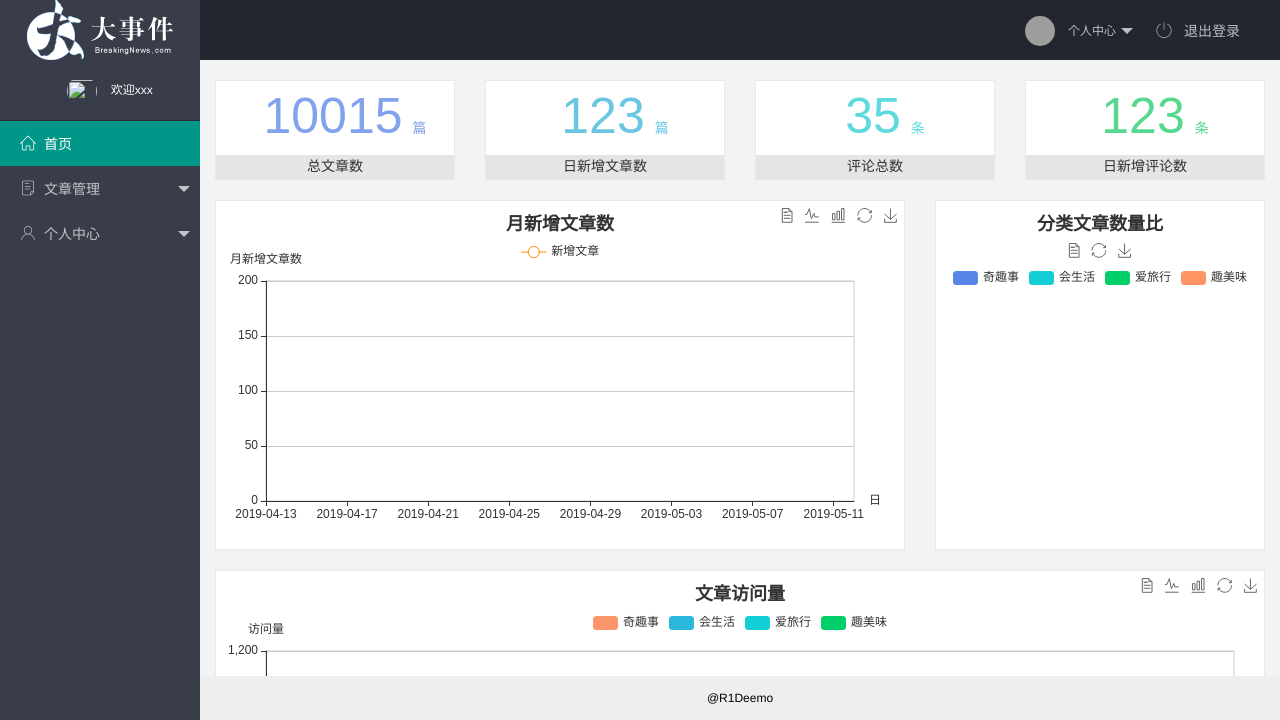
Repository: R1Deemo/Main-project
Page: index.html
The author's editor kept a copy of each file at every save. The page is drawn from the files as they stood at one save, then again after the next save.
The browser window is 1280 px wide. The pictures show the whole page.
Pictures or frames that could not be fetched are drawn as grey boxes.

Above is the page before, as saved 2022-10-30 20:15:57.

### index.html
<!DOCTYPE html>
<html>

<head>
    <meta charset="utf-8">
    <meta name="viewport" content="width=device-width, initial-scale=1, maximum-scale=1">
    <title>layout 管理系统大布局 - Layui</title>
    <link rel="stylesheet" href="/assets/lib/layui/css/layui.css">
    <link rel="stylesheet" href="/assets/css/index.css">
    <link rel="stylesheet" href="/assets/fonts/iconfont.css">
</head>

<body>
    <div class="layui-layout layui-layout-admin">
        <div class="layui-header">
            <div class="layui-logo layui-hide-xs layui-bg-black" id="logo"></div>
            <!-- 头部区域（可配合layui 已有的水平导航） -->
            <ul class="layui-nav layui-layout-left">
                <!-- 移动端显示 -->
                <li class="layui-nav-item layui-show-xs-inline-block layui-hide-sm" lay-header-event="menuLeft">
                    <i class="layui-icon layui-icon-spread-left"></i>
                </li>


                <li class="layui-nav-item">

                    <dl class="layui-nav-child">
                        <dd><a href="">menu 11</a></dd>
                        <dd><a href="">menu 22</a></dd>
                        <dd><a href="">menu 33</a></dd>
                    </dl>
                </li>
            </ul>
            <ul class="layui-nav layui-layout-right">
                <li class="layui-nav-item layui-hide layui-show-md-inline-block">
                    <a href="javascript:;" class="userinfo">
                        <img src="//tva1.sinaimg.cn/crop.0.0.118.118.180/5db11ff4gw1e77d3nqrv8j203b03cweg.jpg" class="layui-nav-img" /> 个人中心
                    </a>
                    <dl class="layui-nav-child">
                        <dd><a href="">基本资料</a></dd>
                        <dd><a href="">更换头像</a></dd>
                        <dd><a href="">重置密码</a></dd>
                    </dl>
                </li>
                <li class="layui-nav-item" lay-header-event="menuRight" lay-unselect>
                    <a href="javascript:;">
                        <span class="iconfont icon-tuichu"></span> 退出登录</i>
                    </a>
                </li>
            </ul>
        </div>

        <div class="layui-side layui-bg-black">
            <div class="layui-side-scroll">
                <div class="userinfo">
                    <img src="" class="layui-nav-img" />
                    <span id="welcom">欢迎xxx</span>
                </div>
                <!-- 左侧导航区域（可配合layui已有的垂直导航） -->
                <ul class="layui-nav layui-nav-tree" lay-shrink="all">
                    <li class="layui-nav-item layui-this"> <a href="/home/dashboard.html" target="fm"><span class="iconfont icon-home"></span>首页</a></li>
                    <li class="layui-nav-item">
                        <a class="" href="javascript:;" target="fm"> <span class="iconfont icon-16"></span>文章管理</a>
                        <dl class="layui-nav-child">
                            <dd><a href="javascript:;"><i class="layui-icon layui-icon-release"></i> 文章类别</a></dd>
                            <dd><a href="javascript:;"><i class="layui-icon layui-icon-release"></i> 文章列表</a></dd>
                            <dd><a href="javascript:;"><i class="layui-icon layui-icon-release"></i> 发表文章</a></dd>
                            <!-- <dd><a href="">the links</a></dd> -->
                        </dl>
                    </li>
                    <li class="layui-nav-item">
                        <a href="javascript:;" target="fm"><span class="iconfont icon-user"></span>个人中心</a>
                        <dl class="layui-nav-child">
                            <dd><a href="javascript:;"><i class="layui-icon layui-icon-app"></i> 基本资料</a></dd>
                            <dd><a href="javascript:;"><i class="layui-icon layui-icon-app"></i> 更换头像</a></dd>
                            <dd><a href="javascript:;"><i class="layui-icon layui-icon-app"></i> 重置密码</a></dd>
                        </dl>
                    </li>

                    <!-- <li class="layui-nav-item"><a href="">the links</a></li> -->
                </ul>
            </div>
        </div>

        <div class="layui-body">
            <!-- 内容主体区域 -->
            <!-- <div style="padding: 15px;">内容主体区域。记得修改 layui.css 和 js 的路径</div> -->
            <iframe src="/home/dashboard.html" frameborder="0" name="fm"></iframe>
        </div>

        <div class="layui-footer">
            <!-- 底部固定区域 -->
            @R1Deemo
        </div>
    </div>
    <script src="/assets/lib/layui/layui.all.js"></script>

</body>

</html>

### assets/css/index.css
#logo {
    background: url(/assets/images/logo.png) no-repeat center;
}

.layui-footer {
    text-align: center;
    font-size: 12px;
}

.layui-icon {
    margin-left: 20px;
    margin-right: 5px;
}

.iconfont {
    margin-right: 8px;
}

iframe {
    width: 100%;
    height: 100%;
}

.layui-body {
    overflow: hidden;
}

.userinfo {
    height: 60px;
    line-height: 60px;
    text-align: center;
    font-size: 12px;
    user-select: none;
}

.layui-side-scroll .userinfo {
    border-bottom: 1px solid #282b33;
}

### home/dashboard.html
<!DOCTYPE html>
<html lang="en">

<head>
  <meta charset="UTF-8">
  <meta name="viewport" content="width=device-width, initial-scale=1.0">
  <meta http-equiv="X-UA-Compatible" content="ie=edge">
  <title>图表统计</title>
  <link rel="stylesheet" href="../../assets/lib/bootstrap.css" />
  <link rel="stylesheet" href="../../assets/lib/main.css" />
  <script src="../../assets/lib/jquery.js"></script>
  <script type="text/javascript" src="../../assets/lib/echarts.min.js"></script>
</head>

<body>
  <div class="container-fluid">
    <div class="row spannel_list">
      <div class="col-sm-3 col-xs-6">
        <div class="spannel">
          <em>10015</em><span>篇</span>
          <b>总文章数</b>
        </div>
      </div>
      <div class="col-sm-3 col-xs-6">
        <div class="spannel scolor01">
          <em>123</em><span>篇</span>
          <b>日新增文章数</b>
        </div>
      </div>
      <div class="col-sm-3 col-xs-6">
        <div class="spannel scolor02">
          <em>35</em><span>条</span>
          <b>评论总数</b>
        </div>
      </div>
      <div class="col-sm-3 col-xs-6">
        <div class="spannel scolor03">
          <em>123</em><span>条</span>
          <b>日新增评论数</b>
        </div>
      </div>
    </div>
  </div>

  <div class="container-fluid">
    <div class="row curve-pie">
      <div class="col-lg-8 col-md-8">
        <div class="gragh_pannel" id="curve_show"></div>
      </div>
      <div class="col-lg-4 col-md-4">
        <div class="gragh_pannel" id="pie_show"></div>
      </div>
    </div>
  </div>

  <div class="container-fluid">
    <div class="column_pannel" id="column_show"></div>
  </div>

  <script>
    var oChart = echarts.init(document.getElementById('curve_show'));
    var aList_all = [
      { 'count': 36, 'date': '2019-04-13' },
      { 'count': 52, 'date': '2019-04-14' },
      { 'count': 78, 'date': '2019-04-15' },
      { 'count': 85, 'date': '2019-04-16' },
      { 'count': 65, 'date': '2019-04-17' },
      { 'count': 72, 'date': '2019-04-18' },
      { 'count': 88, 'date': '2019-04-19' },
      { 'count': 64, 'date': '2019-04-20' },
      { 'count': 72, 'date': '2019-04-21' },
      { 'count': 90, 'date': '2019-04-22' },
      { 'count': 96, 'date': '2019-04-23' },
      { 'count': 100, 'date': '2019-04-24' },
      { 'count': 102, 'date': '2019-04-25' },
      { 'count': 110, 'date': '2019-04-26' },
      { 'count': 123, 'date': '2019-04-27' },
      { 'count': 100, 'date': '2019-04-28' },
      { 'count': 132, 'date': '2019-04-29' },
      { 'count': 146, 'date': '2019-04-30' },
      { 'count': 200, 'date': '2019-05-01' },
      { 'count': 180, 'date': '2019-05-02' },
      { 'count': 163, 'date': '2019-05-03' },
      { 'count': 110, 'date': '2019-05-04' },
      { 'count': 80, 'date': '2019-05-05' },
      { 'count': 82, 'date': '2019-05-06' },
      { 'count': 70, 'date': '2019-05-07' },
      { 'count': 65, 'date': '2019-05-08' },
      { 'count': 54, 'date': '2019-05-09' },
      { 'count': 40, 'date': '2019-05-10' },
      { 'count': 45, 'date': '2019-05-11' },
      { 'count': 38, 'date': '2019-05-12' },
    ];

    let aCount = [];
    let aDate = [];

    for (var i = 0; i < aList_all.length; i++) {
      aCount.push(aList_all[i].count);
      aDate.push(aList_all[i].date);
    }

    var chartopt = {
      title: {
        text: '月新增文章数',
        left: 'center',
        top: '10'
      },
      tooltip: {
        trigger: 'axis'
      },
      legend: {
        data: ['新增文章'],
        top: '40'
      },
      toolbox: {
        show: true,
        feature: {
          mark: { show: true },
          dataView: { show: true, readOnly: false },
          magicType: { show: true, type: ['line', 'bar'] },
          restore: { show: true },
          saveAsImage: { show: true }
        }
      },
      calculable: true,
      xAxis: [
        {
          name: '日',
          type: 'category',
          boundaryGap: false,
          data: aDate
        }
      ],
      yAxis: [
        {
          name: '月新增文章数',
          type: 'value'
        }
      ],
      series: [
        {
          name: '新增文章',
          type: 'line',
          smooth: true,
          itemStyle: { normal: { areaStyle: { type: 'default' }, color: '#f80' }, lineStyle: { color: '#f80' } },
          data: aCount
        }],
      areaStyle: {
        normal: {
          color: new echarts.graphic.LinearGradient(0, 0, 0, 1, [{
            offset: 0,
            color: 'rgba(255,136,0,0.39)'
          }, {
            offset: .34,
            color: 'rgba(255,180,0,0.25)'
          }, {
            offset: 1,
            color: 'rgba(255,222,0,0.00)'
          }])

        }
      },
      grid: {
        show: true,
        x: 50,
        x2: 50,
        y: 80,
        height: 220
      }
    };

    oChart.setOption(chartopt);


    var oPie = echarts.init(document.getElementById('pie_show'));
    var oPieopt =
    {
      title: {
        top: 10,
        text: '分类文章数量比',
        x: 'center'
      },
      tooltip: {
        trigger: 'item',
        formatter: "{a} <br/>{b} : {c} ({d}%)"
      },
      color: ['#5885e8', '#13cfd5', '#00ce68', '#ff9565'],
      legend: {
        x: 'center',
        top: 65,
        data: ['奇趣事', '会生活', '爱旅行', '趣美味']
      },
      toolbox: {
        show: true,
        x: 'center',
        top: 35,
        feature: {
          mark: { show: true },
          dataView: { show: true, readOnly: false },
          magicType: {
            show: true,
            type: ['pie', 'funnel'],
            option: {
              funnel: {
                x: '25%',
                width: '50%',
                funnelAlign: 'left',
                max: 1548
              }
            }
          },
          restore: { show: true },
          saveAsImage: { show: true }
        }
      },
      calculable: true,
      series: [
        {
          name: '访问来源',
          type: 'pie',
          radius: ['45%', '60%'],
          center: ['50%', '65%'],
          data: [
            { value: 300, name: '奇趣事' },
            { value: 100, name: '会生活' },
            { value: 260, name: '爱旅行' },
            { value: 180, name: '趣美味' }
          ]
        }
      ]
    };
    oPie.setOption(oPieopt);



    var oColumn = this.echarts.init(document.getElementById('column_show'));
    var oColumnopt =
    {
      title: {
        text: '文章访问量',
        left: 'center',
        top: '10'
      },
      tooltip: {
        trigger: 'axis'
      },
      legend: {
        data: ['奇趣事', '会生活', '爱旅行', '趣美味'],
        top: '40'
      },
      toolbox: {
        show: true,
        feature: {
          mark: { show: true },
          dataView: { show: true, readOnly: false },
          magicType: { show: true, type: ['line', 'bar'] },
          restore: { show: true },
          saveAsImage: { show: true }
        }
      },
      calculable: true,
      xAxis: [
        {
          type: 'category',
          data: ['1月', '2月', '3月', '4月', '5月']
        }
      ],
      yAxis: [
        {
          name: '访问量',
          type: 'value'
        }
      ],
      series: [
        {
          name: '奇趣事',
          type: 'bar',
          barWidth: 20,
          itemStyle: {
            normal: { areaStyle: { type: 'default' }, color: '#fd956a' }
          },
          data: [800, 708, 920, 1090, 1200]
        },
        {
          name: '会生活',
          type: 'bar',
          barWidth: 20,
          itemStyle: {
            normal: { areaStyle: { type: 'default' }, color: '#2bb6db' }
          },
          data: [400, 468, 520, 690, 800]
        },
        {
          name: '爱旅行',
          type: 'bar',
          barWidth: 20,
          itemStyle: {
            normal: { areaStyle: { type: 'default' }, color: '#13cfd5' }
          },
          data: [500, 668, 520, 790, 900]
        },
        {
          name: '趣美味',
          type: 'bar',
          barWidth: 20,
          itemStyle: {
            normal: { areaStyle: { type: 'default' }, color: '#00ce68' }
          },
          data: [600, 508, 720, 890, 1000]
        }
      ],
      grid: {
        show: true,
        x: 50,
        x2: 30,
        y: 80,
        height: 260
      },
      dataZoom: [//给x轴设置滚动条
        {
          start: 0,//默认为0
          end: 100 - 1000 / 31,//默认为100
          type: 'slider',
          show: true,
          xAxisIndex: [0],
          handleSize: 0,//滑动条的 左右2个滑动条的大小
          height: 8,//组件高度
          left: 45, //左边的距离
          right: 50,//右边的距离
          bottom: 26,//右边的距离
          handleColor: '#ddd',//h滑动图标的颜色
          handleStyle: {
            borderColor: "#cacaca",
            borderWidth: "1",
            shadowBlur: 2,
            background: "#ddd",
            shadowColor: "#ddd",
          }
        }]
    };
    oColumn.setOption(oColumnopt);
  </script>
</body>

</html>

Loaded but not shown: assets/lib/layui/css/layui.css (library); assets/fonts/iconfont.css (common file); assets/lib/layui/layui.all.js (library); assets/lib/bootstrap.css (library); assets/lib/main.css (library); assets/lib/jquery.js (library); assets/lib/echarts.min.js (library); assets/lib/layui/css/modules/laydate/default/laydate.css (library); assets/lib/layui/css/modules/layer/default/layer.css (library); assets/lib/layui/css/modules/code.css (common file)

After the next save:
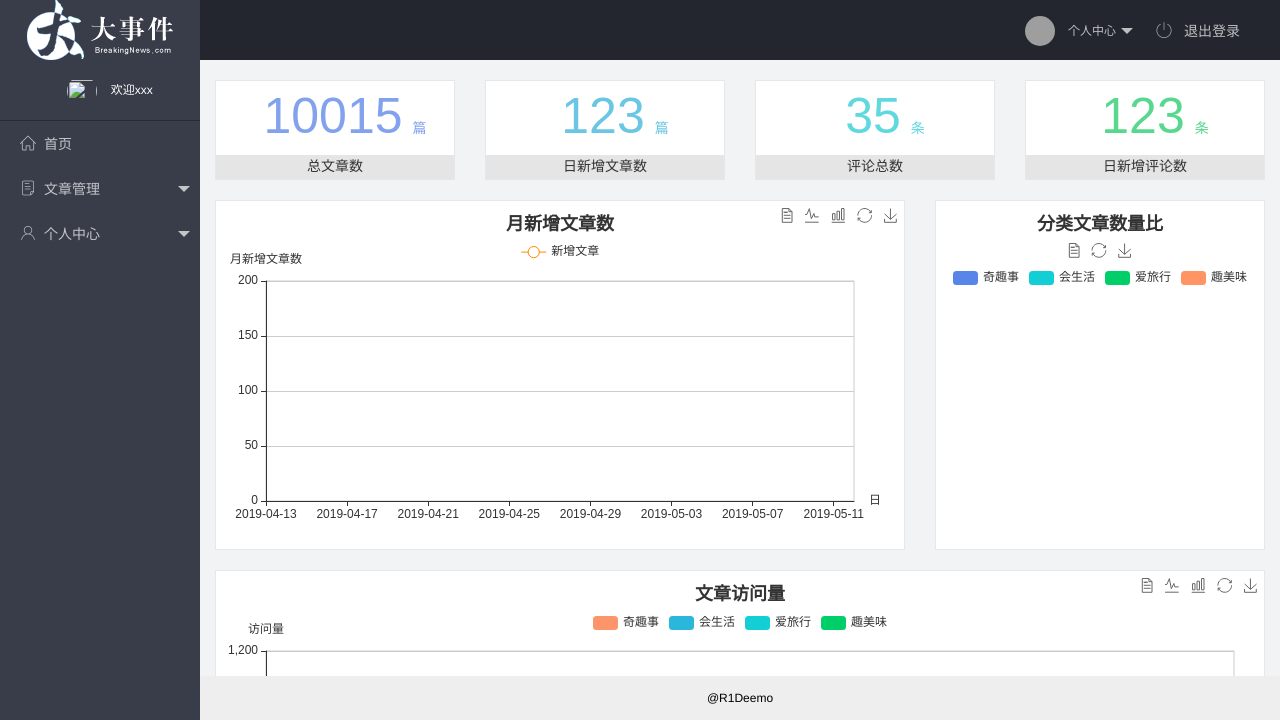
Saved 36 s later.
--- a/index.html
+++ b/index.html
@@ -58,7 +58,7 @@
                 </div>
                 <!-- 左侧导航区域（可配合layui已有的垂直导航） -->
                 <ul class="layui-nav layui-nav-tree" lay-shrink="all">
-                    <li class="layui-nav-item layui-this"> <a href="/home/dashboard.html" target="fm"><span class="iconfont icon-home"></span>首页</a></li>
+                    <li class="layui-nav-item "> <a href="/home/dashboard.html" target="fm"><span class="iconfont icon-home"></span>首页</a></li>
                     <li class="layui-nav-item">
                         <a class="" href="javascript:;" target="fm"> <span class="iconfont icon-16"></span>文章管理</a>
                         <dl class="layui-nav-child">

After the 3 saves that followed:
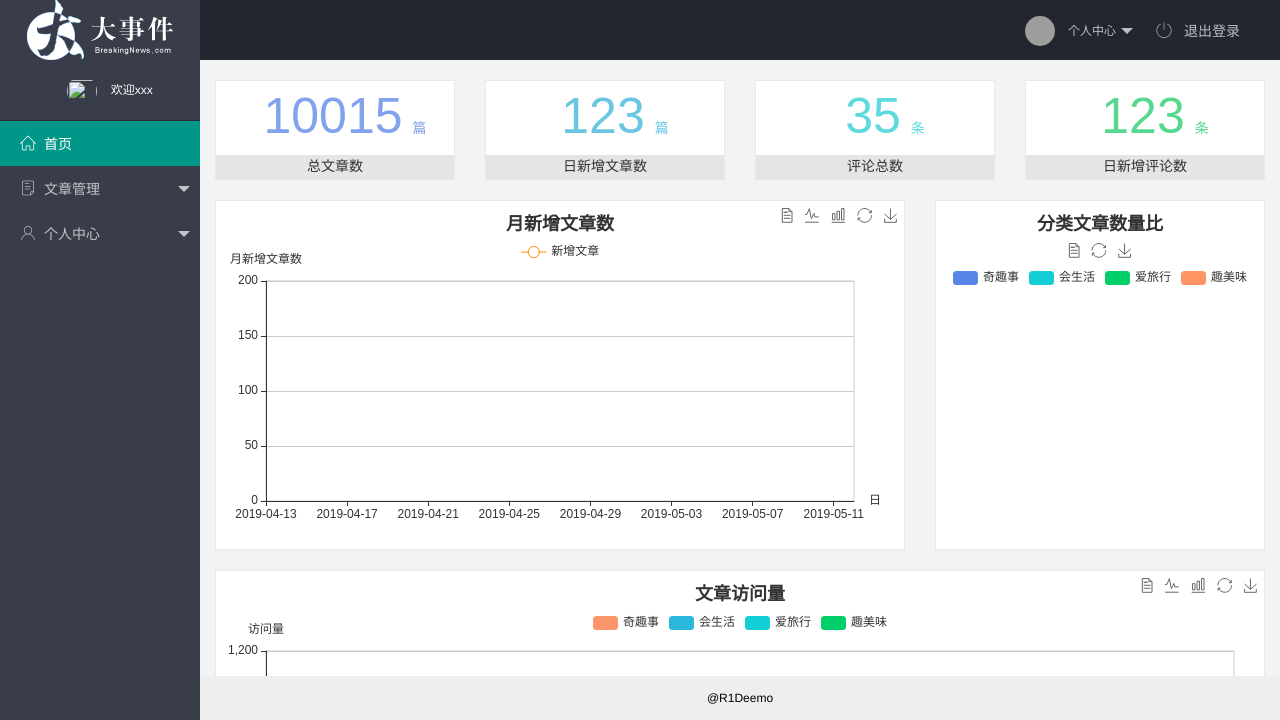
The 3 saves are shown as one change because 2 left the picture as it was.
The last was saved 2 min 16 s later.
--- a/index.html
+++ b/index.html
@@ -58,7 +58,7 @@
                 </div>
                 <!-- 左侧导航区域（可配合layui已有的垂直导航） -->
                 <ul class="layui-nav layui-nav-tree" lay-shrink="all">
-                    <li class="layui-nav-item "> <a href="/home/dashboard.html" target="fm"><span class="iconfont icon-home"></span>首页</a></li>
+                    <li class="layui-nav-item layui-this"> <a href="/home/dashboard.html" target="fm"><span class="iconfont icon-home"></span>首页</a></li>
                     <li class="layui-nav-item">
                         <a class="" href="javascript:;" target="fm"> <span class="iconfont icon-16"></span>文章管理</a>
                         <dl class="layui-nav-child">
